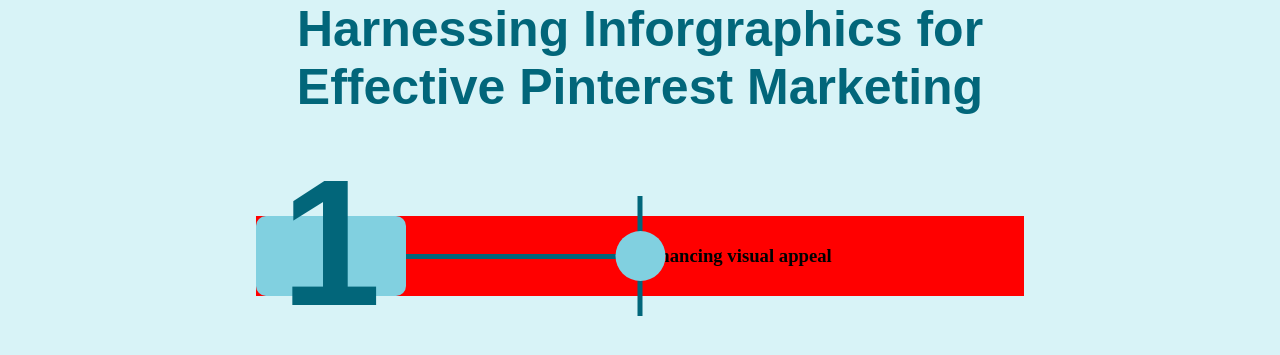
Repository: ayushrajput545/InforGraphic-page
Page: index.html
An editor plug-in stored every save of this project. The page is shown before and after the next save, followed by the edit.
The browser window is 1280 px wide. The pictures show the whole page.
Some web fonts or font styles are not loaded; a fallback is used.

Above is the page before, as saved 2025-04-01 22:46:15.

After the next save:
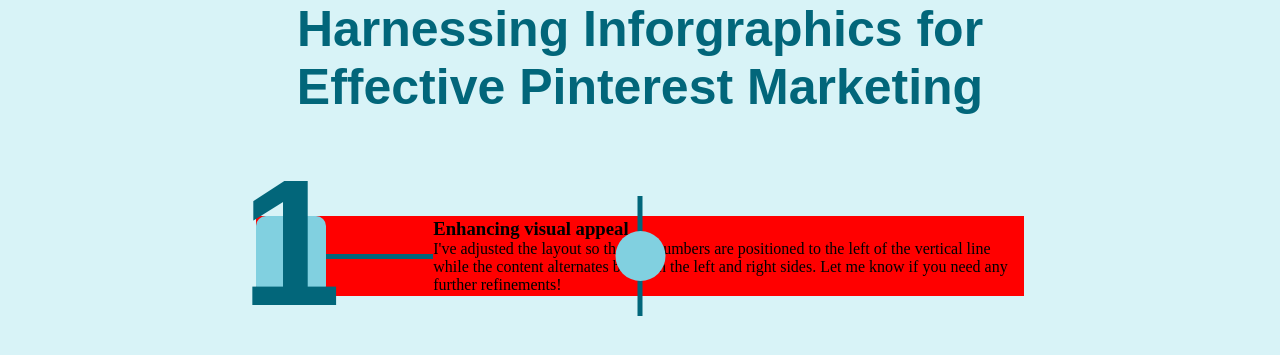
Saved 119 s later.
--- a/index.html
+++ b/index.html
@@ -32,7 +32,7 @@
                 <div class="content-right">
 
                     <h3 id="content-header">Enhancing visual appeal</h3>
-                    <p></p>
+                    <p>I've adjusted the layout so that the numbers are positioned to the left of the vertical line while the content alternates between the left and right sides. Let me know if you need any further refinements!</p>
 
                 </div>
 
